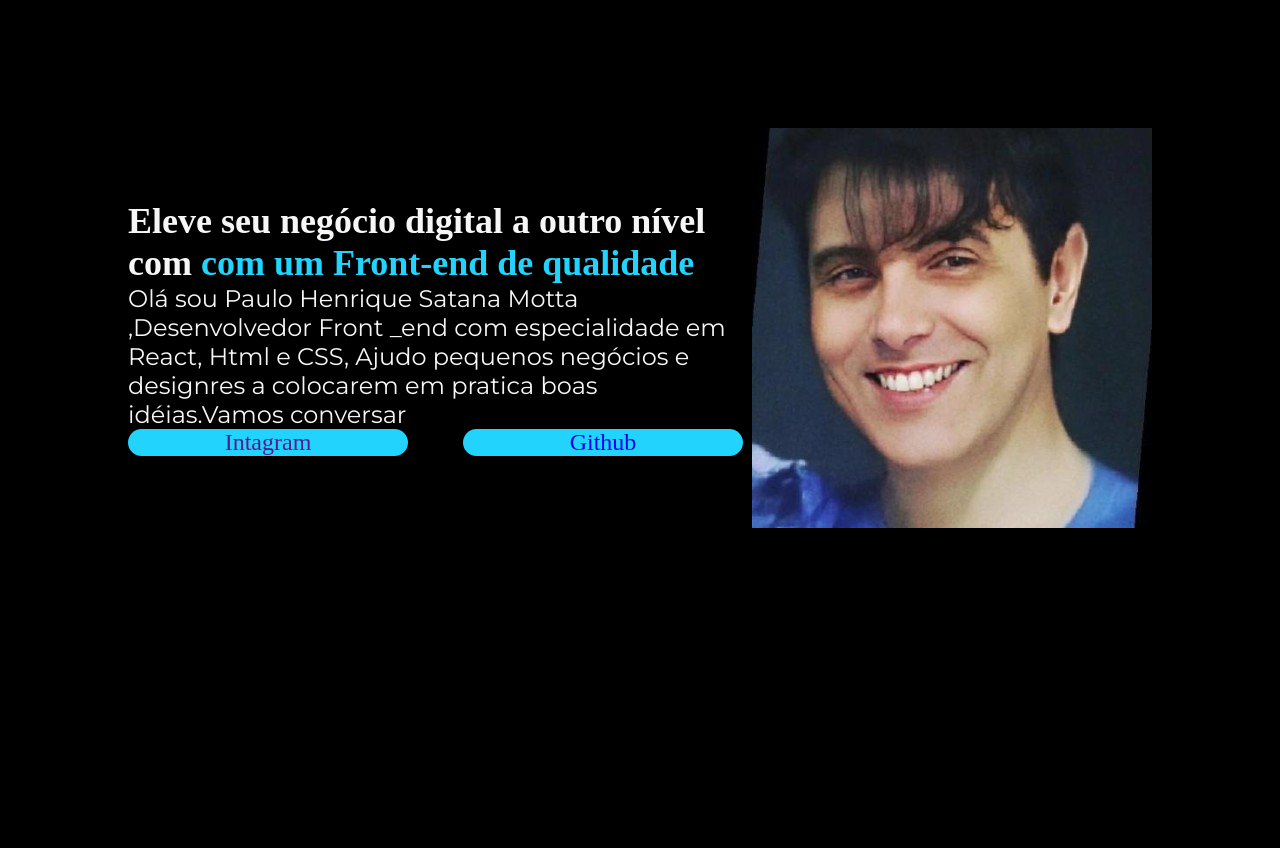
Repository: phsmottanerd/projeto-portfolio-alura
Page: index.html
An editor plug-in stored every save of this project. The page is shown before and after the next save, followed by the edit.
The browser window is 1280 px wide. The pictures show the whole page.
Some web fonts or font styles are not loaded; a fallback is used.

Above is the page before, as saved 2025-01-24 02:16:53.

After the next save:
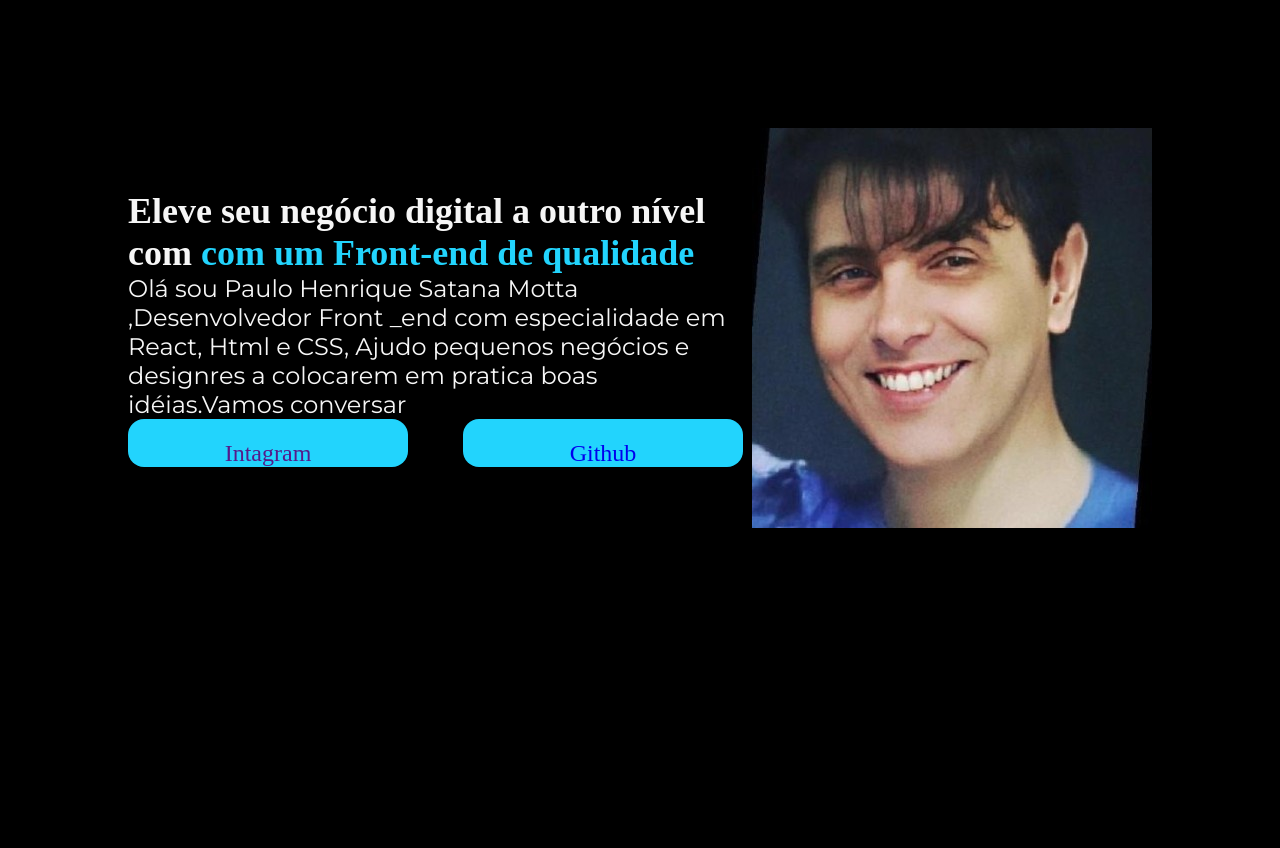
Saved 27 s later.
--- a/style.css
+++ b/style.css
@@ -43,6 +43,6 @@
 text-align: center;
 border-radius: 16px;
 font-size:24px;
-padding: 21px ,5px 0px;
+padding: 21px 5px 0px;
 text-decoration:none;
 }

After the 3 saves that followed:
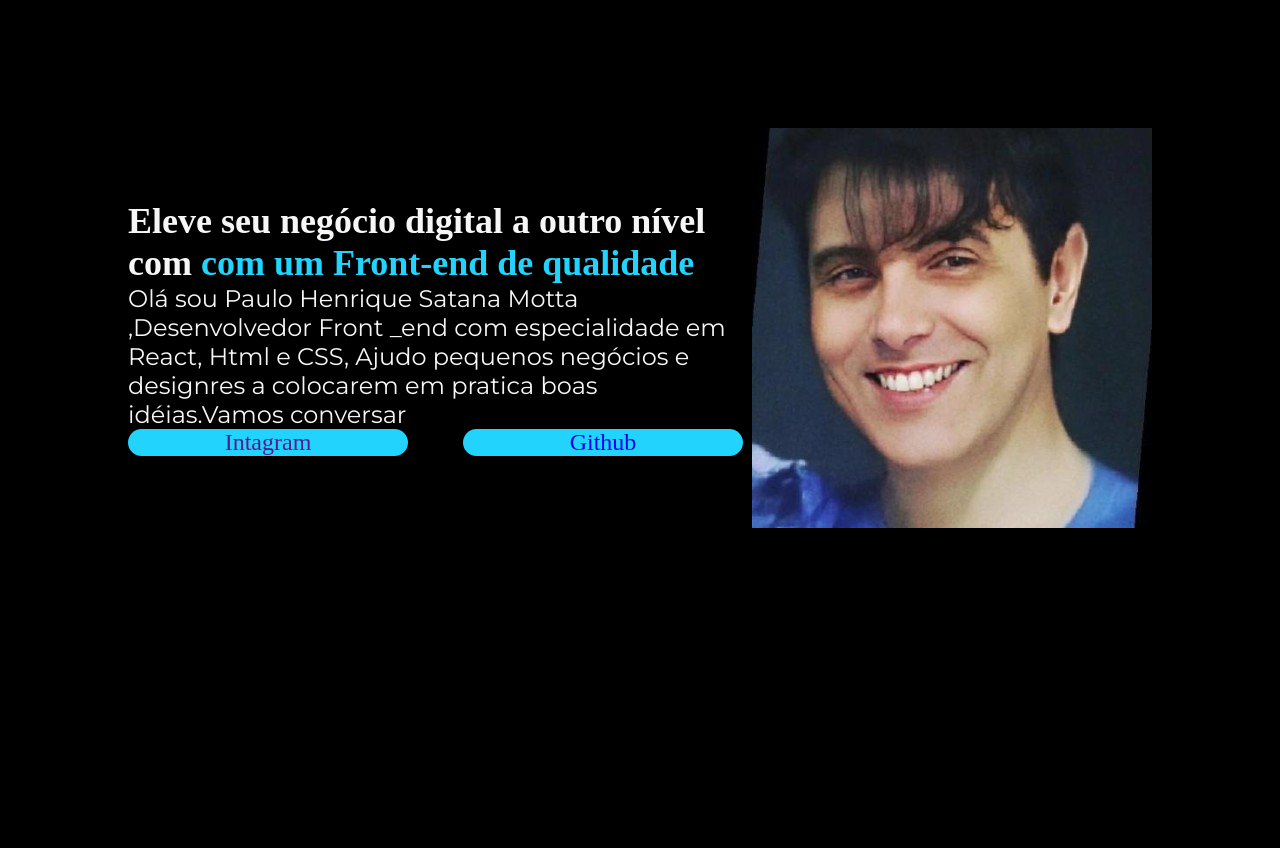
The 3 saves are shown as one change because 2 left the picture as it was.
The last was saved 119 s later.
--- a/style.css
+++ b/style.css
@@ -43,6 +43,6 @@
 text-align: center;
 border-radius: 16px;
 font-size:24px;
-padding: 21px 5px 0px;
+padding: 21 .5px 0;
 text-decoration:none;
 }
